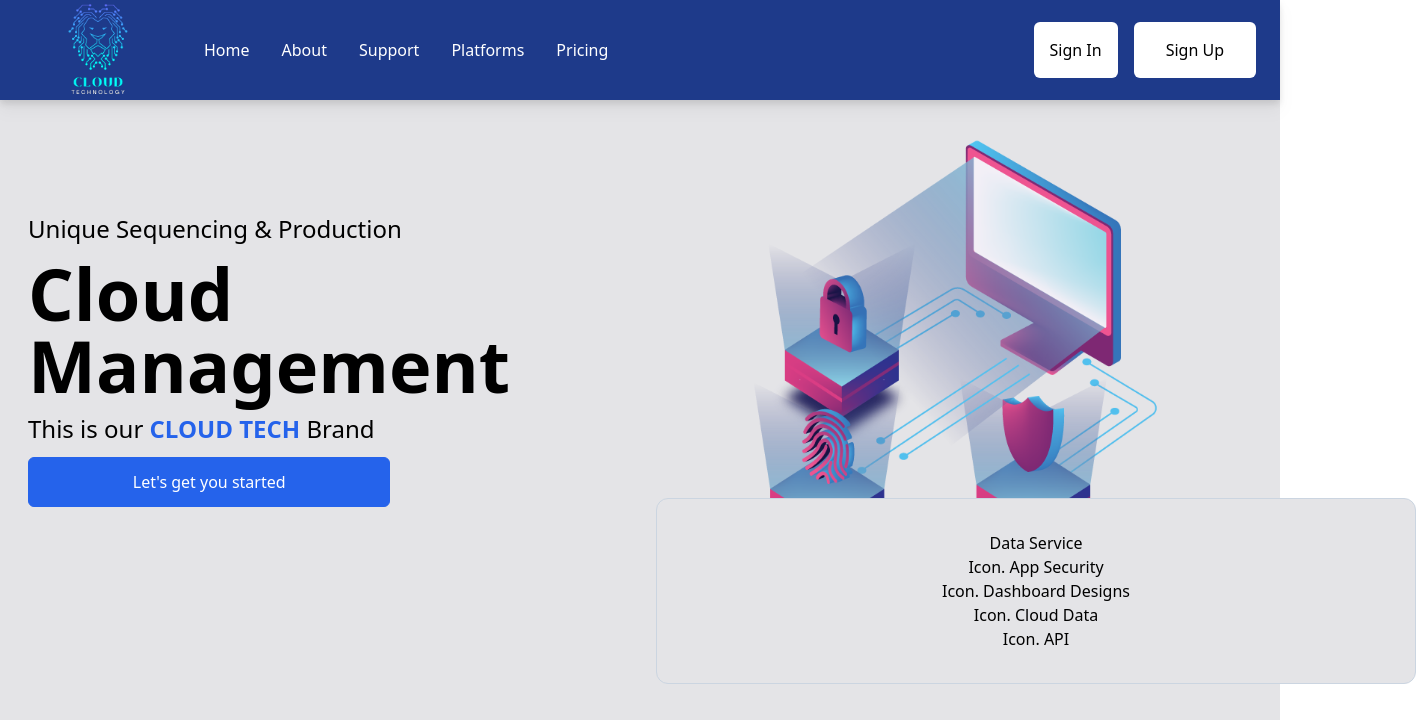
Repository: Esther-Kamau/cloud-management
Page: /
The author's editor kept a copy of each file at every save. The page is drawn from the files as they stood at one save, then again after the next save.
The browser window is 1280 px wide. The page is 1416 px wide, so the pictures cover 1416 px, including what lies to the right of the window. The pictures show the whole page.
The project was rebuilt for these pictures with package versions that can differ from the ones it lists, and the page was loaded fresh each time. A package was used in the major version that the imports need, not the one package.json lists.

Above is the page before, as saved 2023-03-16 17:56:18.

### public/index.html
<!DOCTYPE html>
<html lang="en">
  <head>
    <meta charset="utf-8" />
    <link rel="icon" href="%PUBLIC_URL%/Logo.png" />
    <meta name="viewport" content="width=device-width, initial-scale=1" />
    <meta name="theme-color" content="#000000" />
    <meta
      name="description"
      content="Web site created using create-react-app"
    />
    <link rel="apple-touch-icon" href="%PUBLIC_URL%/Logo.png" />
    <!--
      manifest.json provides metadata used when your web app is installed on a
      user's mobile device or desktop. See https://developers.google.com/web/fundamentals/web-app-manifest/
    -->
    <link rel="manifest" href="%PUBLIC_URL%/manifest.json" />
    <!--
      Notice the use of %PUBLIC_URL% in the tags above.
      It will be replaced with the URL of the `public` folder during the build.
      Only files inside the `public` folder can be referenced from the HTML.

      Unlike "/favicon.ico" or "favicon.ico", "%PUBLIC_URL%/favicon.ico" will
      work correctly both with client-side routing and a non-root public URL.
      Learn how to configure a non-root public URL by running `npm run build`.
    -->
    <title>Cloud Technology</title>
  </head>
  <body>
    <noscript>You need to enable JavaScript to run this app.</noscript>
    <div id="root"></div>
    <!--
      This HTML file is a template.
      If you open it directly in the browser, you will see an empty page.

      You can add webfonts, meta tags, or analytics to this file.
      The build step will place the bundled scripts into the <body> tag.

      To begin the development, run `npm start` or `yarn start`.
      To create a production bundle, use `npm run build` or `yarn build`.
    -->
  </body>
</html>

### src/index.css
@tailwind base;
@tailwind components;
@tailwind utilities;

@layer base{
    li{
      @apply p-4 text-white hover:text-slate-300
    }
    button {
        @apply p-4 text-white border bg-blue-600 border-blue-600
        hover:bg-transparent hover:text-black rounded-md
      }
}

### src/App.jsx
import Navbar from "./components/Navbar"
import Hero from "./components/Hero"

function App() {
  return (

    <>
  <Navbar/>
  <Hero/>
    </>
  );
}

export default App;

### src/components/Navbar.jsx
import React,{useState} from "react";
import { MenuIcon, XIcon } from "@heroicons/react/outline";
import Logo from "../assets/Logo.png";

const Navbar = () => {
    const [nav,setNav] = useState(false)
    const handleClick =() => setNav(!nav)


  return (
    <div className="w-screen h-[100px] z-10 bg-blue-900 fixed drop-shadow-lg">
      <div className="px-2 flex justify-between items-center w-full h-full">
        <div className="flex items-center">
          <img className="h-[180px] w-[180px]" src={Logo} alt="Logoimg" />
          <ul className="hidden md:flex">
            <li>Home</li>
            <li>About</li>
            <li>Support</li>
            <li>Platforms</li>
            <li>Pricing</li>
          </ul>
        </div>
        <div className="hidden md:flex pr-4">
          <button className="border-none bg-white text-black mr-4 hover:text-white hover:bg-blue-300">
            Sign In
          </button>
          <button className="border-none bg-white text-black px-8 py-3 hover:text-white hover:bg-blue-300">
            Sign Up
          </button>
        </div>
        {/* toggle state */}
        <div className="md:hidden" onClick={handleClick}>
            {/* if the opposite of nav is true display this else xicon */}
{!nav ? <MenuIcon className="w-8 stroke-white" /> : <XIcon className="w-8 stroke-white" />}

        </div>
      </div>
      {/* if nav is not true hide the menu if tru display the menu */}
      <ul className={!nav ? 'hidden': "absolute bg-blue-900 w-full px-8"}>
        <li className="border-b-2 border-blue-200 w-full">Home</li>
        <li className="border-b-2 border-blue-200 w-full">About</li>
        <li className="border-b-2 border-blue-200 w-full">Support</li>
        <li className="border-b-2 border-blue-200 w-full">Platforms</li>
        <li className="border-b-2 border-blue-200 w-full">Pricing</li>
      <div className="flex flex-col my-4">
        <button className="bg-transparent text-white px-8 py-3 mb-4 hover:bg-slate-200 hover:text-black">Sign In</button>
        <button className="px-8 py-3" >Sign Up</button>
      </div>
      </ul>
    </div>
  );
};

export default Navbar;

### src/components/Hero.jsx
import React from 'react'
import {
    CloudUploadIcon,
    DatabaseIcon,
    PaperAirplaneIcon,
    ServerIcon,
} from '@heroicons/react/solid'

import bgImg from '../assets/cyber-bg.png'

const Hero = () => {
  return (
    <div className='w-full h-screen bg-zinc-200 flex flex-col justify-between'>
        <div className='grid md:grid-cols-2 max-w-[1240px] m-auto'>
            <div className='flex flex-col justify-center md:items-start w-full px-2 py-3'>
                <p className='text-2xl'>Unique Sequencing & Production</p>
                <h1 className='py-3 text-5xl font-bold md:text-7xl'>Cloud Management</h1>
                <p className='text-2xl mb-3'>This is our <span className='text-blue-600 font-bold'>CLOUD TECH</span> Brand</p>
                <button className='py-3 px-6 sm:w-[60%]'>Let's get you started</button>
            </div>
            <div className='flex flex-col justify-center items-center w-full'>
                <img src={bgImg} alt='bg' className='w-full h-full'/>
                </div>
                <div className='absolute flex flex-col py-8 md:min-w-[760px] bottom-[5%] mx-4 md:left-1/2 bg-zinc-200
                 border border-slate-300 rounded-xl text-center'>
                    <p>Data Service</p>
                    <div>
                        <p>Icon. App Security</p>
                        <p>Icon. Dashboard Designs</p>
                        <p>Icon. Cloud Data</p>
                        <p>Icon. API</p>
                    </div>
                </div>
        </div>
    </div>
  )
}

export default Hero

Loaded but not shown: src/index.js (common file); tailwind.config.js (common file)

After the next save:
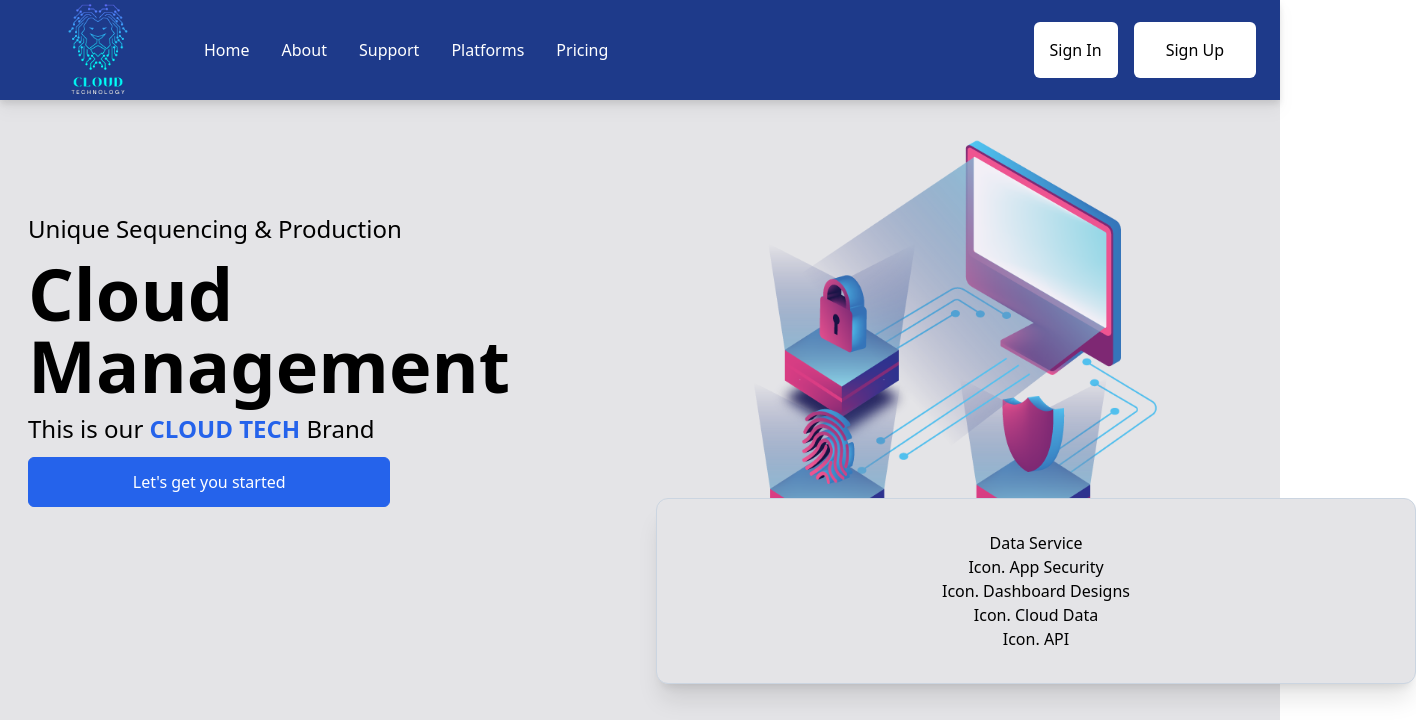
Saved 6 s later.
--- a/src/components/Hero.jsx
+++ b/src/components/Hero.jsx
@@ -22,7 +22,7 @@ const Hero = () => {
                 <img src={bgImg} alt='bg' className='w-full h-full'/>
                 </div>
                 <div className='absolute flex flex-col py-8 md:min-w-[760px] bottom-[5%] mx-4 md:left-1/2 bg-zinc-200
-                 border border-slate-300 rounded-xl text-center'>
+                 border border-slate-300 rounded-xl text-center shadow-xl'>
                     <p>Data Service</p>
                     <div>
                         <p>Icon. App Security</p>
